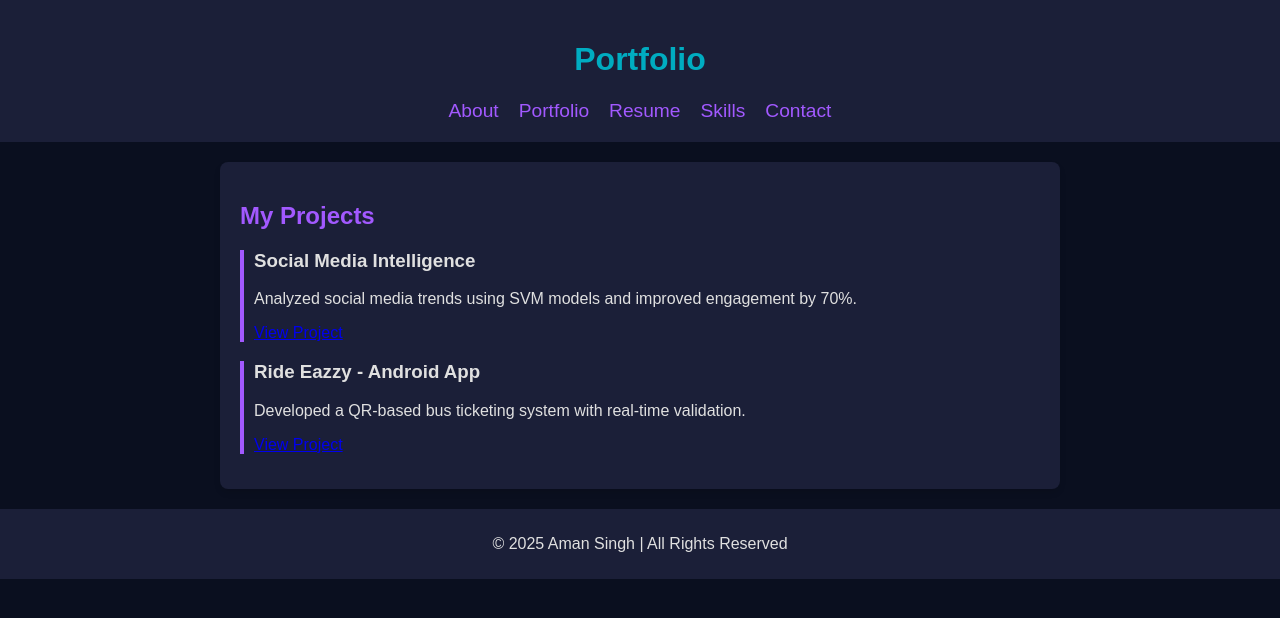
Repository: aman3singh/portfolio
Page: portfolio.html
The author's editor kept a copy of each file at every save. The page is drawn from the files as they stood at one save, then again after the next save.
The browser window is 1280 px wide. The pictures show the whole page.

Above is the page before, as saved 2025-02-11 18:32:18.

### portfolio.html
<!DOCTYPE html>
<html lang="en">
<head>
    <meta charset="UTF-8">
    <meta name="viewport" content="width=device-width, initial-scale=1.0">
    <title>Aman Singh | Portfolio</title>
    <link rel="stylesheet" href="styles.css">
</head>
<body>
    <header>
        <h1>Portfolio</h1>
        <nav>
            <a href="index.html#about">About</a>
            <a href="portfolio.html" class="active">Portfolio</a>
            <a href="resume.html">Resume</a>
            <a href="index.html#skills">Skills</a>
            <a href="index.html#contact">Contact</a>
        </nav>
    </header>

    <section id="projects">
        <h2>My Projects</h2>
        <div class="project">
            <h3>Social Media Intelligence</h3>
            <p>Analyzed social media trends using SVM models and improved engagement by 70%.</p>
            <a href="https://github.com/your-username/social-media-intelligence" target="_blank">View Project</a>
        </div>
        <div class="project">
            <h3>Ride Eazzy - Android App</h3>
            <p>Developed a QR-based bus ticketing system with real-time validation.</p>
            <a href="https://github.com/your-username/ride-eazzy" target="_blank">View Project</a>
        </div>
    </section>

    <footer>
        <p>© 2025 Aman Singh | All Rights Reserved</p>
    </footer>
</body>
</html>

### styles.css
body {
    font-family: 'Arial', sans-serif;
    margin: 0;
    padding: 0;
    background-color: #0A0F1F;
    color: #E0E0E0;
}

header {
    background-color: #1B1F38;
    color: 	#00ACC1;
    text-align: center;
    padding: 20px;
}

nav {
    display: flex;
    justify-content: center;
    gap: 20px;
}

nav a {
    color: #A259FF;
    text-decoration: none;
    font-size: 1.2em;
    transition: color 0.3s;
}

nav a:hover {
    color: #00E5FF;
}

section {
    padding: 20px;
    margin: 20px auto;
    max-width: 800px;
    background: #1B1F38;
    box-shadow: 0px 4px 6px rgba(0, 0, 0, 0.1);
    border-radius: 8px;
}

h2 {
    color: #A259FF;
}

.project {
    border-left: 4px solid #A259FF;
    padding-left: 10px;
    margin-bottom: 15px;
}

.social-links {
    display: flex;
    justify-content: center;
    gap: 15px;
    font-size: 2rem;
}

.social-links a {
    color: #A259FF;
    transition: color 0.3s;
}

.social-links a:hover {
    color: #00E5FF;
}

footer {
    text-align: center;
    padding: 10px;
    background-color: #1B1F38;
    color: #E0E0E0;
}

After the next save:
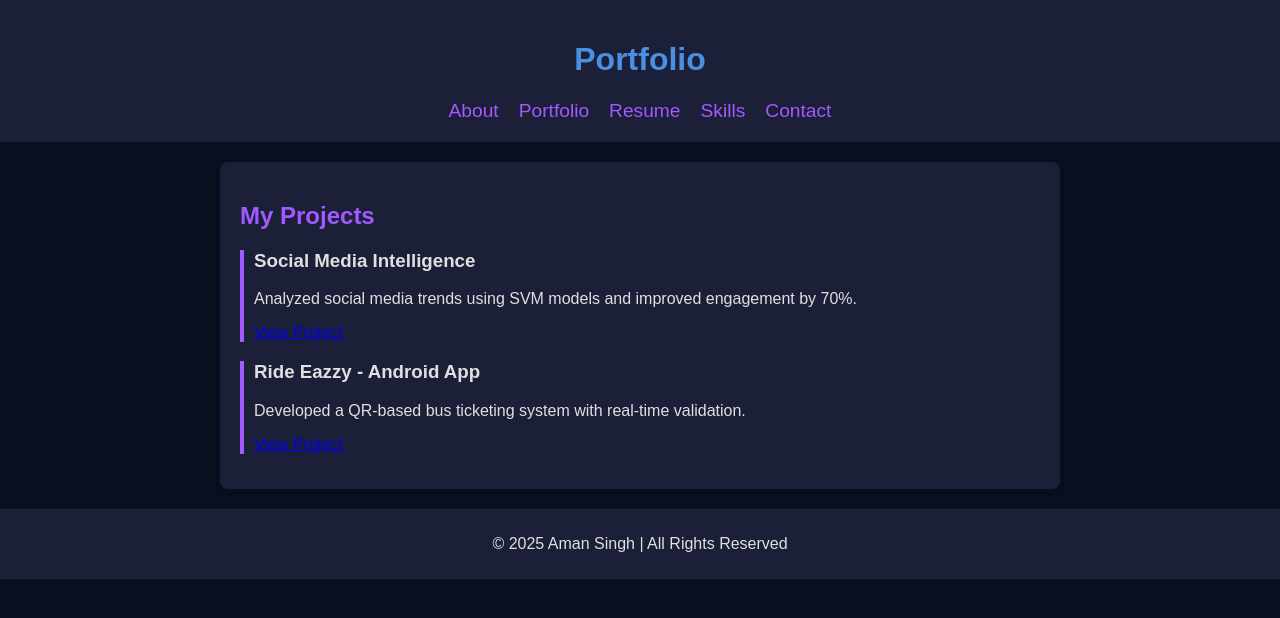
Saved 17 s later.
--- a/styles.css
+++ b/styles.css
@@ -8,7 +8,7 @@ body {
 
 header {
     background-color: #1B1F38;
-    color: 	#00ACC1;
+    color: 	#4A90E2;
     text-align: center;
     padding: 20px;
 }
